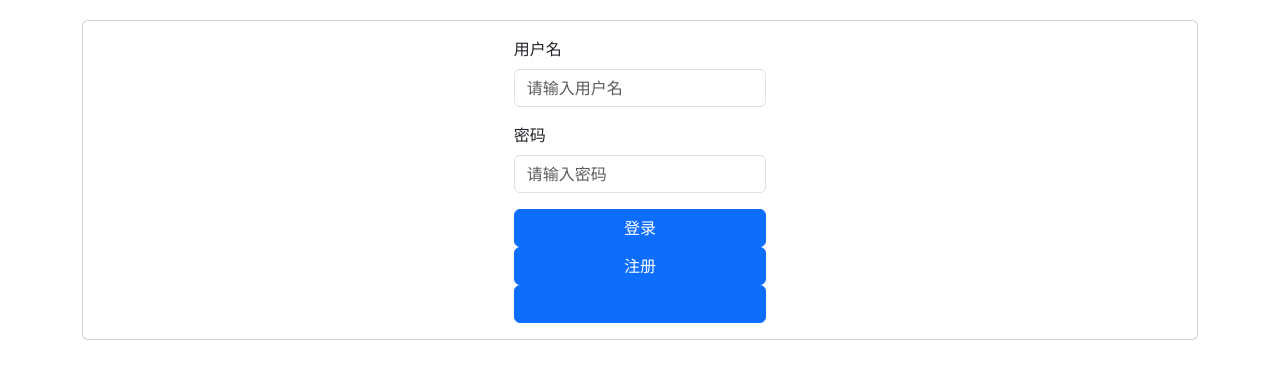
Repository: squawktop/CFS
Page: / (app in web/)
An editor plug-in stored every save of this project. The page is shown before and after a run of saves, followed by the edit.
The browser window is 1280 px wide. The pictures show the whole page.
The project was rebuilt for these pictures with package versions that can differ from the ones it lists, and the page was loaded fresh each time. Also part of the build but not shown: web/vue.config.js, web/src/views/RegisterView.vue, web/src/components/NavBar.vue, web/src/views/HomeView.vue, web/src/views/UsersManageView.vue, web/src/views/PersonalCenterView.vue, web/src/views/GoodsManageView.vue, web/src/views/OrdersManageView.vue and 1 more.

Above is the page before, as saved 2024-03-23 16:18:20.

### web/src/App.vue
<template>
  <RouterView></RouterView>
</template>

<script>


// 导入bootstrap
import "bootstrap/dist/css/bootstrap.min.css"
import "bootstrap/dist/js/bootstrap"
// import { ref } from "vue";

// import $ from 'jquery';
export default {
  components: {

  }
  ,
  setup() {
    // const user_id = ref("");
    // const username = ref("");
    // const password = ref("");

    // $.ajax({
    //   type: "get",
    //   url: "http://127.0.0.1:3000/user/getlist",
    //   success(resp) {
    //     user_id.value = resp[0].id;
    //     username.value = resp[0].username;
    //     password.value = resp[0].password;

    //   },
    //   error() {
    //     this.user_id = "error"
    //   }
    // })




    return {

    }
  }

}

</script>

<style></style>

### web/src/router/index.js
import { createRouter, createWebHistory } from 'vue-router'
// import HomeView from '../views/HomeView.vue'
import LoginView from '../views/LoginView.vue'
import RegisterView from '../views/RegisterView.vue'
import HomeView from '../views/HomeView.vue'
import UsersManageView from '../views/UsersManageView.vue'
import PersonalCenterView from '../views/PersonalCenterView.vue'
import GoodsManageView from '../views/GoodsManageView.vue'
import OrdersManageView from '../views/OrdersManageView.vue'
import NotFound from '../views/NotFoundView.vue'
import store from '@/store/index'

const routes = [
  {
    path: '/',
    name: 'home',
    component: HomeView,
    // redirect: "/user/register",
    meta: { //该页面是否需要授权      //随便写， 也可以设置为   flag : true;
      requestAuth: true,
    }
  },

  {
    path: '/user/login',
    name: 'user_login',
    component: LoginView,
    meta: {
      requestAuth: false,
    }
  },

  {
    path: '/user/register',
    name: 'user_register',
    component: RegisterView,
    meta: { //该页面是否需要授权
      requestAuth: false,
    }
  },
  {
    path: '/user/personalcenter',
    name: 'personal_center',
    component: PersonalCenterView,
    meta: { //该页面是否需要授权
      requestAuth: true,
    }
  },

  {
    path: '/user/usermanage',
    name: 'user_manage',
    component: UsersManageView,
    meta: { //该页面是否需要授权
      requestAuth: true,
    }
  }
  ,
  {
    path: '/goods/manege',
    name: 'goods_manage',
    component: GoodsManageView,
    meta: { //该页面是否需要授权
      requestAuth: true,
    }
  }, {
    path: '/orders/manege',
    name: 'orders_manage',
    component: OrdersManageView,
    meta: { //该页面是否需要授权
      requestAuth: true,
    }
  },


  {
    path: "/404/",
    name: "404",
    component: NotFound
  },
  {
    path: "/:catchAll(.*)",
    redirect: "/404/",  //页面重定向到404
  }
]

const router = createRouter({
  history: createWebHistory(),
  routes
})

router.beforeEach((to, from, next) => {
  if (to.meta.requestAuth && !store.state.user.is_login) {
    next({ name: "user_login" });
  } else {
    next();
  }
})

export default router

### web/src/store/index.js
import { createStore } from 'vuex'
import ModuleUser from '@/store/user'

export default createStore({
  state: {
  },
  getters: {
  },
  mutations: {
  },
  actions: {
  },
  modules: {
    user: ModuleUser,
  }
})

### web/src/views/LoginView.vue
<template>
    <ContentField v-if="!$store.state.user.pulling_info">
        <div class="row justify-content-md-center">
            <div class="col-3">
                <form @submit.prevent="login">
                    <div class="mb-3">
                        <label for="username" class="form-label">用户名</label>
                        <input v-model="username" type="text" class="form-control" id="username" placeholder="请输入用户名" />
                    </div>
                    <div class="mb-3">
                        <label for="password" class="form-label">密码</label>
                        <input v-model="password" type="password" class="form-control" id="password"
                            placeholder="请输入密码" />
                    </div>
                    <div class="error-message">{{ error_message }} </div>
                    <button type="submit" class="btn btn-primary">登录</button>
                    <button type="button" class="btn btn-primary" style="" >注册</button>
                    <button type="button" class="btn btn-primary"><router-link
                            :to="{ name: 'user_register' }">注册</router-link></button>

                </form>
            </div>
        </div>
    </ContentField>

</template>

<script>
import ContentField from "@/components/ContentField.vue";
import { useStore } from "vuex"
import { ref } from "vue"
import router from "@/router/index";

export default {
    components: {
        ContentField,
    },
    setup() {
        const store = useStore();
        let username = ref('');
        let password = ref('');
        let error_message = ref('');


        const jwt_token = localStorage.getItem("jwt_token");
        if (jwt_token) {
            store.commit("updateToken", jwt_token);
            store.dispatch("getinfo", {
                success() {
                    router.push({ name: "home" });
                    store.commit("updatePullingInfo", false);
                }, error() {
                    store.commit("updatePullingInfo", false);
                }
            })
        } else {
            store.commit("updatePullingInfo", false);
        }




        const login = () => {
            error_message.value = "";
            store.dispatch("login", {
                username: username.value,
                password: password.value,
                success() {
                    store.dispatch("getinfo", {
                        success() {
                            router.push({ name: 'home' });
                        }
                    })

                },
                error() {
                    error_message.value = "用户名或密码错误";
                }
            })
        }

        return {
            username,
            password,
            error_message,
            login,

        }
    }
};
</script>

<style scoped>
button {
    width: 100%;
}

div.error-message {
    color: red;
}
</style>

### web/src/store/user.js
import router from '@/router';
import $ from 'jquery'
export default {
    state: {
        id: "",
        username: "",
        photo: "",
        token: "",
        is_login: false,
        pulling_info: true,
    },
    getters: {
    },
    mutations: {        //一般是用来修改数据的
        updateUser(state, user) {
            state.id = user.id;
            state.username = user.username;
            state.photo = user.photo;
            state.is_login = user.is_login;
        },
        updateToken(state, token) {
            state.token = token;
        },
        logout(state) {
            state.id = "";
            state.username = "";
            state.photo = "";
            state.token = "";
            state.is_login = false;
            router.push({ name: "user_login" });
        },
        updatePullingInfo(state, pulling_info) {
            state.pulling_info = pulling_info;
        },
    },

    actions: {

        login(context, data) {
            $.ajax({
                url: "http://127.0.0.1:3000/api/user/account/token/",
                type: "post",
                data: {
                    username: data.username,
                    password: data.password,
                },
                success(resp) {
                    if (resp.error_message === "success") {
                        localStorage.setItem("jwt_token", resp.token);
                        context.commit("updateToken", resp.token);
                        data.success(resp);
                    } else {
                        data.error(resp);
                    }
                },
                error(resp) {
                    data.error(resp)
                },
            });
        },
        getinfo(context, data) {
            $.ajax({
                url: "http://127.0.0.1:3000/api/user/account/info/",
                type: "get",
                headers: {
                    Authorization:
                        "Bearer " + context.state.token,
                },
                success(resp) {
                    if (resp.error_message === "success") {
                        // console.log(resp);
                        context.commit("updateUser", {
                            ...resp,
                            is_login: true,

                        });
                        data.success(resp);
                    } else {
                        data.success(resp);
                    }

                },
                error(resp) {
                    data.error(resp);
                },
            });

        },
        logout(context) {
            localStorage.removeItem("jwt_token");
            context.commit("logout")
        }
    },
    modules: {
    }
}

### web/src/components/ContentField.vue
<template>
    <div class="container content-field">
        <div class="card">
            <div class="card-body">
                <slot></slot>
            </div>
        </div>
    </div>
</template>

<script>
</script>

<style scoped>
div.content-field {
    margin-top: 20px;
}
</style>

Loaded but not shown: web/public/index.html (common file); web/src/main.js (common file)

After the next 3 saves:
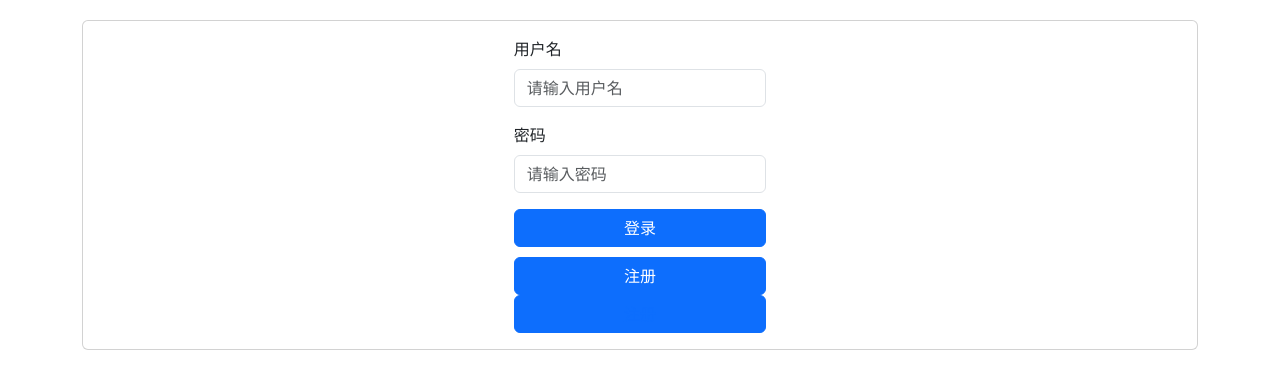
The 3 saves are shown as one change because they came seconds apart.
The last was saved 8 s later.
--- a/web/src/views/LoginView.vue
+++ b/web/src/views/LoginView.vue
@@ -14,7 +14,7 @@
                     </div>
                     <div class="error-message">{{ error_message }} </div>
                     <button type="submit" class="btn btn-primary">登录</button>
-                    <button type="button" class="btn btn-primary" style="" >注册</button>
+                    <button type="button" class="btn btn-primary" style="margin-top: 10px" >注册</button>
                     <button type="button" class="btn btn-primary"><router-link
                             :to="{ name: 'user_register' }">注册</router-link></button>
 
